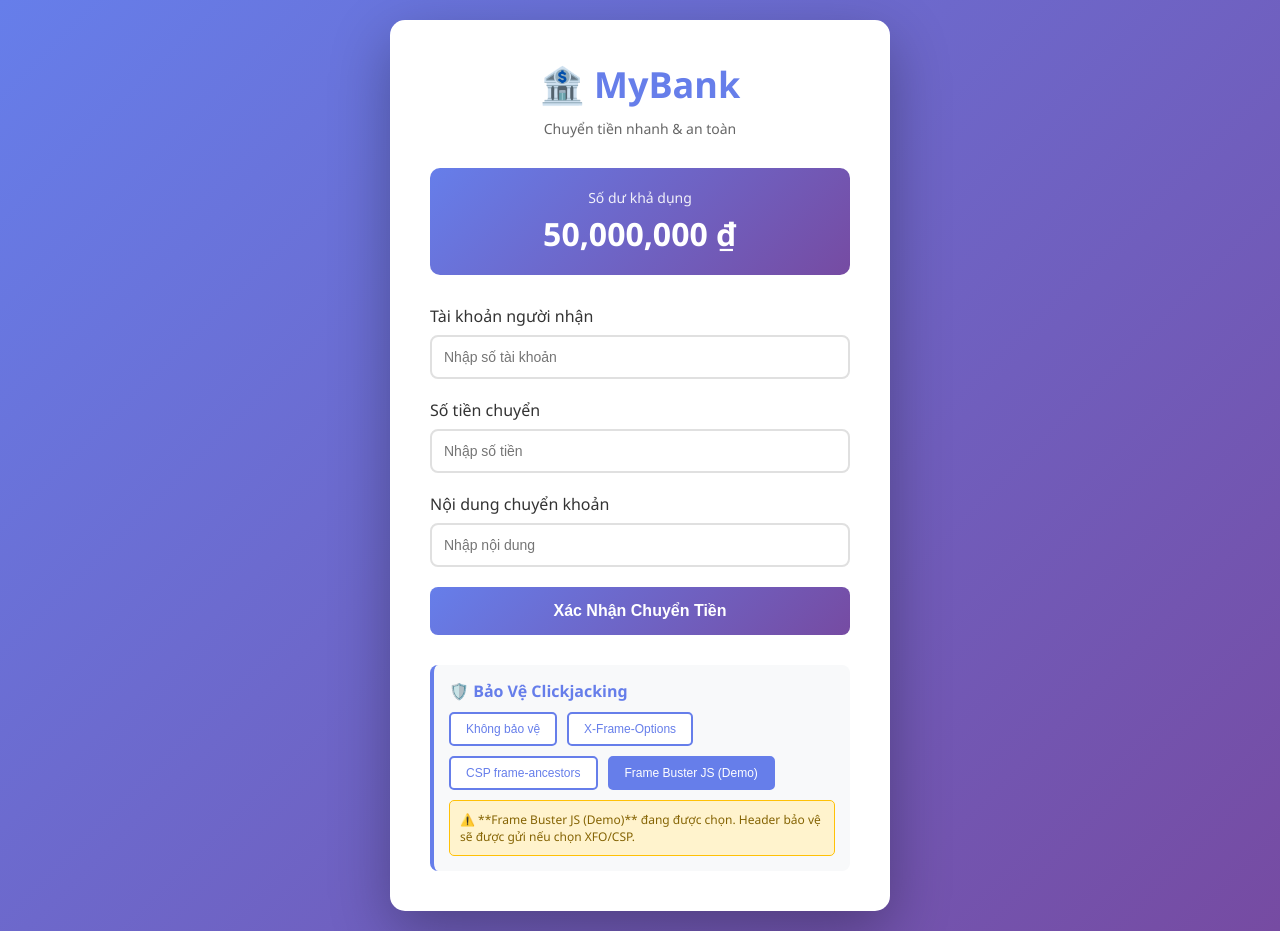
Repository: Thu-art/clickjacking
Page: victim.html
An editor plug-in stored every save of this project. The page is shown before and after the next save, followed by the edit.
The browser window is 1280 px wide. The pictures show the whole page.

Above is the page before, as saved 2025-11-17 21:02:00.

### victim.html
<!DOCTYPE html>
<html lang="vi">
<head>
    <meta charset="UTF-8">
    <meta name="viewport" content="width=device-width, initial-scale=1.0">
    <title>MyBank - Chuyển Tiền</title>
    <style>
        /* CSS giữ nguyên, đảm bảo giao diện đẹp */
        * { margin: 0; padding: 0; box-sizing: border-box; }
        body { font-family: 'Segoe UI', Tahoma, Geneva, Verdana, sans-serif; background: linear-gradient(135deg, #667eea 0%, #764ba2 100%); min-height: 100vh; display: flex; justify-content: center; align-items: center; padding: 20px; }
        .container { background: white; border-radius: 15px; box-shadow: 0 20px 60px rgba(0,0,0,0.3); padding: 40px; max-width: 500px; width: 100%; }
        .header { text-align: center; margin-bottom: 30px; }
        .logo { font-size: 36px; font-weight: bold; color: #667eea; margin-bottom: 10px; }
        .subtitle { color: #666; font-size: 14px; }
        .balance { background: linear-gradient(135deg, #667eea 0%, #764ba2 100%); color: white; padding: 20px; border-radius: 10px; margin-bottom: 30px; text-align: center; }
        .balance-label { font-size: 14px; opacity: 0.9; margin-bottom: 5px; }
        .balance-amount { font-size: 32px; font-weight: bold; }
        .form-group { margin-bottom: 20px; }
        label { display: block; margin-bottom: 8px; color: #333; font-weight: 500; }
        input { width: 100%; padding: 12px; border: 2px solid #e0e0e0; border-radius: 8px; font-size: 14px; transition: border-color 0.3s; }
        input:focus { outline: none; border-color: #667eea; }
        .btn-transfer { width: 100%; padding: 15px; background: linear-gradient(135deg, #667eea 0%, #764ba2 100%); color: white; border: none; border-radius: 8px; font-size: 16px; font-weight: bold; cursor: pointer; transition: transform 0.2s, box-shadow 0.2s; }
        .btn-transfer:hover { transform: translateY(-2px); box-shadow: 0 10px 25px rgba(102, 126, 234, 0.4); }
        .message { margin-top: 20px; padding: 15px; border-radius: 8px; text-align: center; font-weight: 500; display: none; }
        .message.success { background: #d4edda; color: #155724; border: 1px solid #c3e6cb; }
        .protection-status { margin-top: 30px; padding: 15px; background: #f8f9fa; border-radius: 8px; border-left: 4px solid #667eea; }
        .protection-status h3 { color: #667eea; margin-bottom: 10px; font-size: 16px; }
        .protection-toggle { display: flex; gap: 10px; margin-top: 10px; flex-wrap: wrap; }
        .toggle-btn { padding: 8px 15px; border: 2px solid #667eea; background: white; color: #667eea; border-radius: 5px; cursor: pointer; font-size: 12px; transition: all 0.3s; }
        .toggle-btn.active { background: #667eea; color: white; }
        .toggle-btn:hover { background: #667eea; color: white; }
        .warning { padding: 10px; border-radius: 5px; margin-top: 10px; font-size: 12px; display: none; }
    </style>
</head>
<body>
    <div class="container">
        <div class="header">
            <div class="logo">🏦 MyBank</div>
            <div class="subtitle">Chuyển tiền nhanh & an toàn</div>
        </div>

        <div class="balance">
            <div class="balance-label">Số dư khả dụng</div>
            <div class="balance-amount">50,000,000 ₫</div>
        </div>

        <form id="transferForm">
            <div class="form-group">
                <label for="recipient">Tài khoản người nhận</label>
                <input type="text" id="recipient" placeholder="Nhập số tài khoản" required>
            </div>

            <div class="form-group">
                <label for="amount">Số tiền chuyển</label>
                <input type="number" id="amount" placeholder="Nhập số tiền" required>
            </div>

            <div class="form-group">
                <label for="note">Nội dung chuyển khoản</label>
                <input type="text" id="note" placeholder="Nhập nội dung" required>
            </div>

            <button type="submit" class="btn-transfer">Xác Nhận Chuyển Tiền</button>
        </form>

        <div id="message" class="message"></div>

        <div class="protection-status">
            <h3>🛡️ Bảo Vệ Clickjacking</h3>
            <div class="protection-toggle">
                <button class="toggle-btn" onclick="toggleProtection('none')">Không bảo vệ</button>
                <button class="toggle-btn" onclick="toggleProtection('xframe')">X-Frame-Options</button>
                <button class="toggle-btn" onclick="toggleProtection('csp')">CSP frame-ancestors</button>
                <button class="toggle-btn" onclick="toggleProtection('framebuster')">Frame Buster JS (Demo)</button>
            </div>
            <div id="protectionWarning" class="warning">
                </div>
        </div>
    </div>

    <script>
        // --- 1. Hàm Chuyển đổi Bảo vệ (Tải lại trang) ---
        function toggleProtection(type) {
            if (event) event.preventDefault();

            if (type === 'framebuster') {
                alert('Chế độ Frame Buster JS chỉ là Demo. Để kiểm tra X-Frame-Options/CSP, vui lòng chọn 2 nút còn lại.');
                // Tải lại trang với chế độ mặc định (để hiển thị trạng thái)
                window.location.href = window.location.pathname + '?protection=framebuster';
                return;
            }

            // Chuyển hướng trình duyệt để yêu cầu Server gửi Header mới
            const newUrl = window.location.pathname + '?protection=' + type;
            window.location.href = newUrl;
        }

        // --- 2. Xử lý DOMContentLoaded (Đánh dấu nút active & Hiển thị thông báo) ---
        document.addEventListener('DOMContentLoaded', () => {
            const urlParams = new URLSearchParams(window.location.search);
            const currentProtection = urlParams.get('protection') || 'all';
            const warning = document.getElementById('protectionWarning');
            const toggleBtns = document.querySelectorAll('.toggle-btn');

            // Đánh dấu nút đang active
            toggleBtns.forEach(btn => {
                btn.classList.remove('active');
                const btnType = btn.textContent.toLowerCase().includes(currentProtection.toLowerCase());

                if (btnType || (currentProtection === 'all' && btn.textContent.includes('Frame Buster JS'))) {
                    btn.classList.add('active');
                }
            });

            // Hiển thị thông báo bảo vệ
            warning.style.display = 'block';
            switch(currentProtection) {
                case 'none':
                    warning.style.backgroundColor = '#f8d7da';
                    warning.style.color = '#721c24';
                    warning.style.border = '1px solid #f5c6cb';
                    warning.innerHTML = '⚠️ **KHÔNG BẢO VỆ** - Trang **cho phép** nhúng vào iframe. Thử tấn công ngay!';
                    break;
                case 'xframe':
                    warning.style.backgroundColor = '#d4edda';
                    warning.style.color = '#155724';
                    warning.style.border = '1px solid #c3e6cb';
                    warning.innerHTML = '✅ **X-Frame-Options: DENY** đang hoạt động (Header Server). **Tấn công sẽ bị chặn** bởi trình duyệt.';
                    break;
                case 'csp':
                    warning.style.backgroundColor = '#d4edda';
                    warning.style.color = '#155724';
                    warning.style.border = '1px solid #c3e6cb';
                    warning.innerHTML = '✅ **CSP frame-ancestors: none** đang hoạt động (Header Server). **Tấn công sẽ bị chặn** bởi trình duyệt.';
                    break;
                case 'framebuster':
                case 'all': // Giả định 'all' hoặc 'framebuster' là chế độ mặc định/demo
                    warning.style.backgroundColor = '#fff3cd';
                    warning.style.color = '#856404';
                    warning.style.border = '1px solid #ffc107';
                    warning.innerHTML = '⚠️ **Frame Buster JS (Demo)** đang được chọn. Header bảo vệ sẽ được gửi nếu chọn XFO/CSP.';
                    break;
            }
        });

        // --- 3. Gửi dữ liệu form (Giữ nguyên) ---
        document.getElementById('transferForm').addEventListener('submit', function(e) {
            e.preventDefault();

            const recipient = document.getElementById('recipient').value;
            const amount = document.getElementById('amount').value;
            const note = document.getElementById('note').value;

            const message = document.getElementById('message');
            message.style.display = 'block';
            message.className = 'message success';
            // Gọi API chuyển tiền giả định ở đây nếu cần, nhưng chỉ log cho demo
            console.log(`[DEMO] Transferring ${amount} to ${recipient} with note: ${note}`);

            message.innerHTML = `
                ✅ Chuyển khoản thành công!<br>
                <strong>Người nhận:</strong> ${recipient}<br>
                <strong>Số tiền:</strong> ${new Intl.NumberFormat('vi-VN').format(amount)} ₫<br>
                <strong>Nội dung:</strong> ${note}
            `;

            setTimeout(() => {
                document.getElementById('transferForm').reset();
                message.style.display = 'none';
            }, 5000);
        });

        // Lưu ý: Tất cả logic Frame Buster JS và setInterval đã được loại bỏ.
    </script>
</body>
</html>

After the next save:
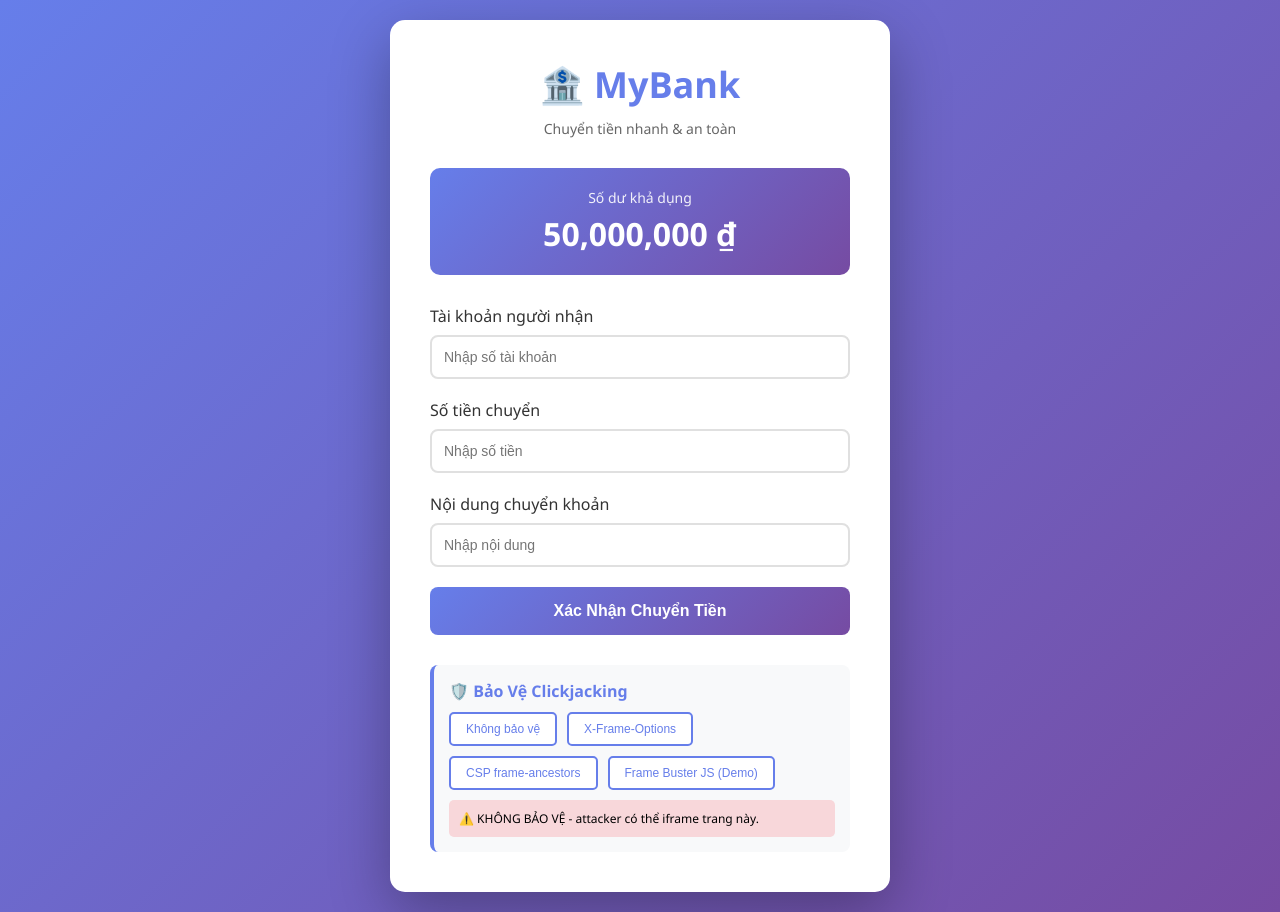
Saved 27 s later.
--- a/victim.html
+++ b/victim.html
@@ -78,7 +78,7 @@
         </div>
     </div>
 
-    <script>
+    <!-- <script>
         // --- 1. Hàm Chuyển đổi Bảo vệ (Tải lại trang) ---
         function toggleProtection(type) {
             if (event) event.preventDefault();
@@ -171,6 +171,36 @@
         });
 
         // Lưu ý: Tất cả logic Frame Buster JS và setInterval đã được loại bỏ.
-    </script>
+    </script> -->
+    <script>
+    function toggleProtection(type) {
+        // Điều hướng lại lên server để server gửi đúng header
+        window.location.href = window.location.pathname + "?protection=" + type;
+    }
+
+    document.addEventListener("DOMContentLoaded", () => {
+        const params = new URLSearchParams(window.location.search);
+        const mode = params.get("protection") || "none";
+        const warning = document.getElementById("protectionWarning");
+
+        warning.style.display = "block";
+
+        switch (mode) {
+            case "none":
+                warning.innerHTML = "⚠️ KHÔNG BẢO VỆ - attacker có thể iframe trang này.";
+                warning.style.background = "#f8d7da";
+                break;
+            case "xframe":
+                warning.innerHTML = "🟢 X-Frame-Options: DENY đang hoạt động.";
+                warning.style.background = "#d4edda";
+                break;
+            case "csp":
+                warning.innerHTML = "🟢 CSP frame-ancestors 'none' đang hoạt động.";
+                warning.style.background = "#d4edda";
+                break;
+        }
+    });
+</script>
+
 </body>
 </html>
